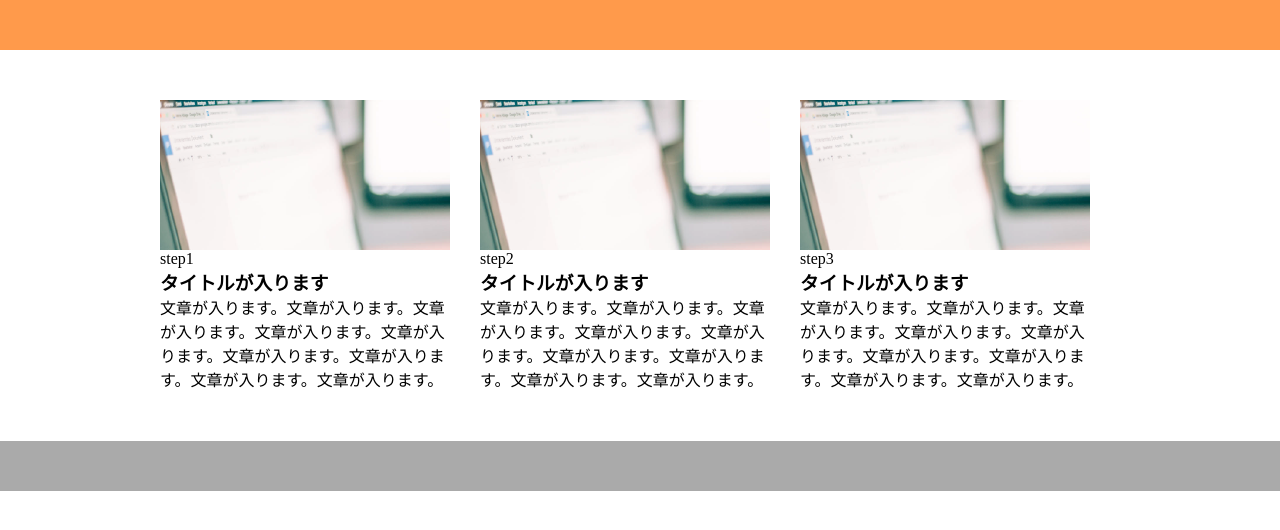
Repository: yuu2310/dmm-webcamp
Page: chapter9_exericise/index.html
The author's editor kept a record of every edit. The page is drawn from the files as they stood at one moment, then again after the next edit.
The browser window is 1280 px wide. The pictures show the whole page.
Some web libraries are served in a nearby version.

Above is the page before.

After the next edit:
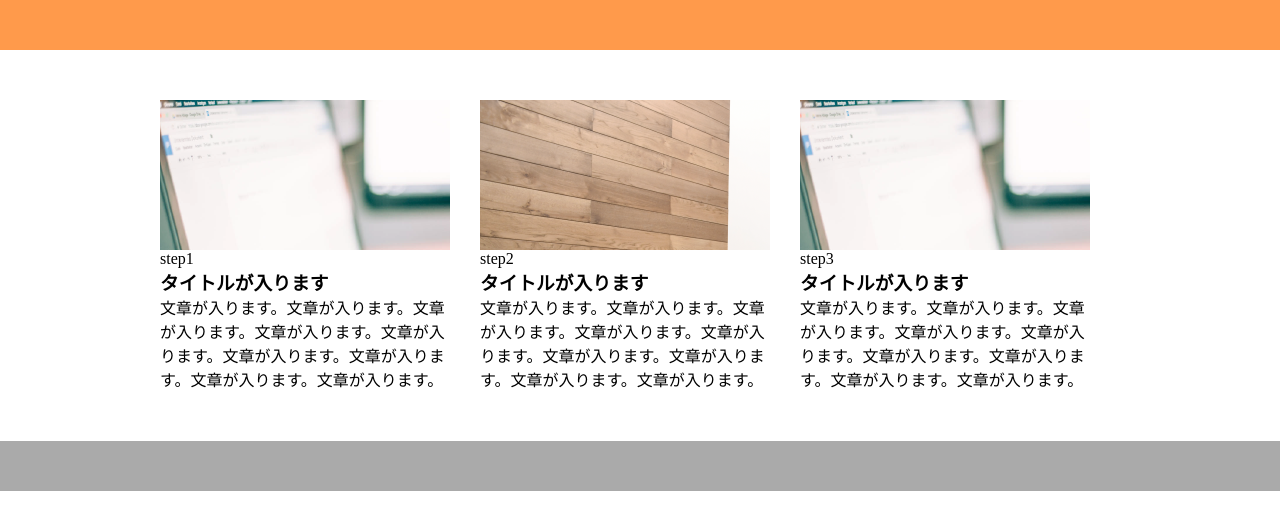
The edit:
--- a/chapter9_exericise/style.css
+++ b/chapter9_exericise/style.css
@@ -40,7 +40,7 @@
 .step-img2 {
   height: 150px;
   padding: 10px;
-  background-image: url(chapter9/flow01.png);
+  background-image: url(chapter9/flow02.png);
 }
 
 .step-img3 {
